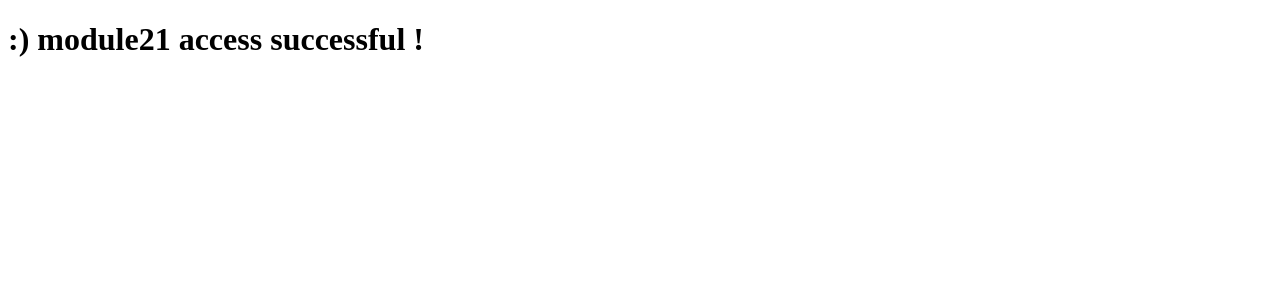
Repository: gao2951713/UsefulCompant
Page: http://localhost/subProject0002/src/META-INF/resources/view/project002/module21.jsp
An editor plug-in stored every save of this project. The page is shown before and after the next save, followed by the edit.
The browser window is 1280 px wide. The pictures show the whole page.
The page is served by Tomcat 9.

Above is the page before, as saved 2015-05-11 16:30:17.

After the next save:
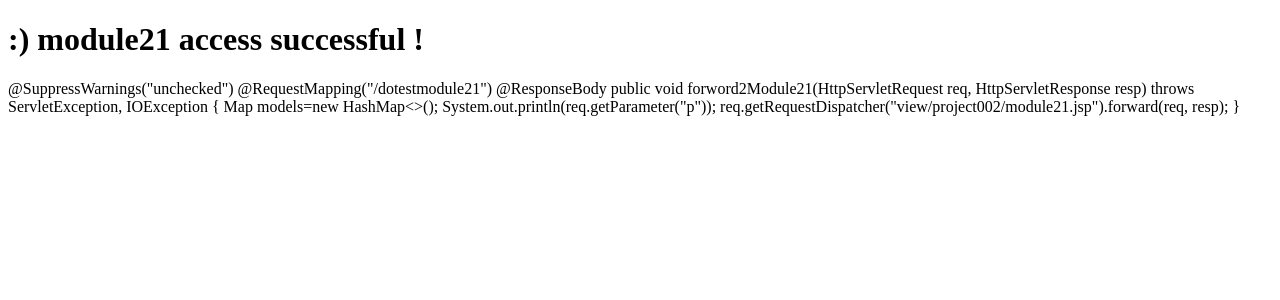
Saved 41 s later.
--- a/subProject0002/src/META-INF/resources/view/project002/module21.jsp
+++ b/subProject0002/src/META-INF/resources/view/project002/module21.jsp
@@ -6,5 +6,15 @@
 	</head>
 	<body>
 	<h1> :) module21 access successful !</h1>
+	<p>@SuppressWarnings("unchecked")
+	@RequestMapping("/dotestmodule21")
+	@ResponseBody
+	public void forword2Module21(HttpServletRequest req, HttpServletResponse resp)
+			throws ServletException, IOException {
+		Map models=new HashMap<>();
+		System.out.println(req.getParameter("p"));
+		 req.getRequestDispatcher("view/project002/module21.jsp").forward(req, resp);
+	}
+	</p>
 	</body>
 </html>
